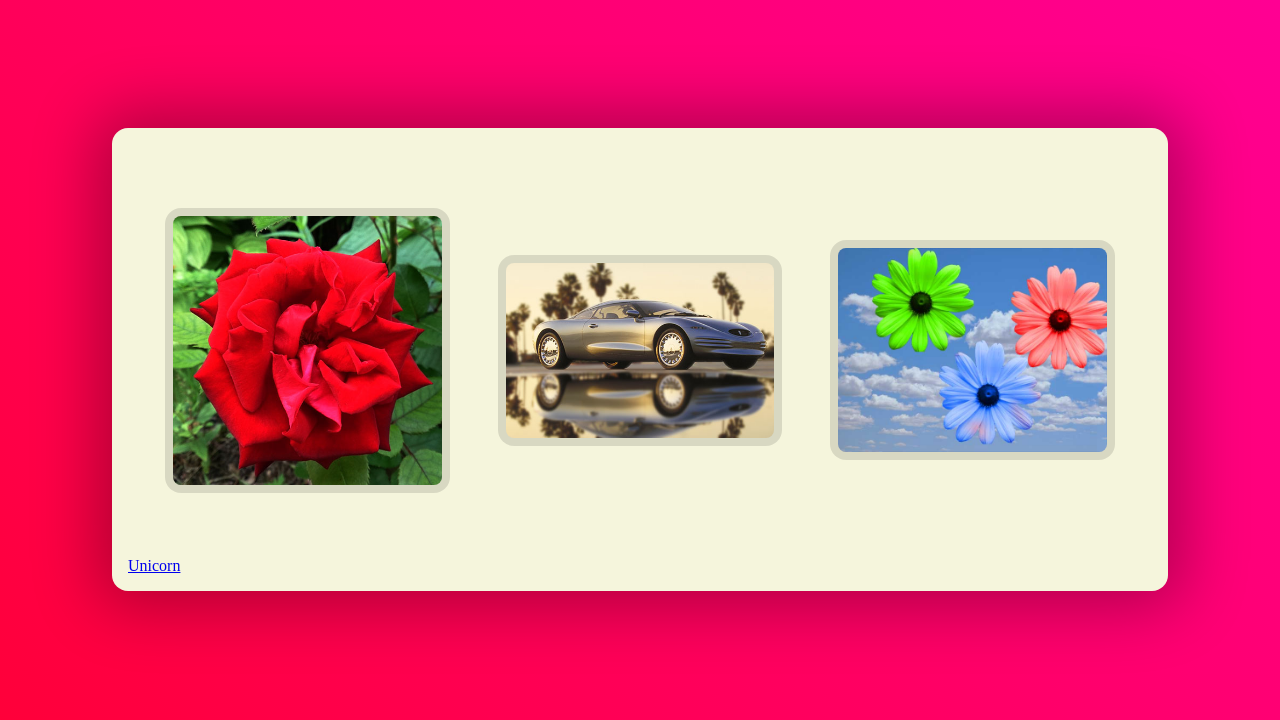
Repository: ViggoSkj/VGY
Page: ovningar/photoshopovning/photoshopovning.html
These files come from the project's save history. The page is drawn as it stood at one moment and after a run of saves; the edit follows.
The browser window is 1280 px wide. The pictures show the whole page.

Above is the page before, as saved 2022-11-27 12:19:42.

### ovningar/photoshopovning/photoshopovning.html
<!DOCTYPE html>
<html lang="en">
    <head>
        <meta charset="UTF-8">
        <meta http-equiv="X-UA-Compatible" content="IE=edge">
        <meta name="viewport" content="width=device-width, initial-scale=1.0">
        <title>Document</title>
        <link rel="stylesheet" href="public/css/style.css">
    </head>
    <body>
        <div class="container">
            <div class="images">
                <img src="public/images/ros_edited.jpg" alt="ros">
                <img src="public/images/bil_edited.jpg" alt="bil">
                <img src="public/images/sky_and_flower.jpg" alt="1 röd, 1, blå och 1 grönn blomma på en himmel">
            </div>

            <div id="myfooter">
                <a href="https://validator.w3.org/unicorn/check?ucn_uri=labb.vgy.se/~viggosg/ovningar/photoshopovningar.html&ucn_task=conformance">Unicorn</a>
             </div>
        </div>
    </body>
</html>

### ovningar/photoshopovning/public/css/style.css
body
{
    background-image: linear-gradient(45deg, rgb(255, 0, 0) 0%, rgb(255, 0, 221) 150%);
    background-size: 200% 100%;
    display: flex;
    height: 100%;
    margin: 0;
    background-repeat: no-repeat;
    background-attachment: fixed;
    animation: rotating 5s infinite alternate;
}

@keyframes rotating
{
    from {background-position-x: 00%;}
    to {background-position-x: 100%;}
}

.container
{
    background-color: beige;
    margin: auto;
    margin-top: 8em;
    align-items: center;
    width: 80%;
    border-radius: 1em;
    padding: 1em;
    box-shadow: 0em 0em 4em 1em rgba(0, 0, 0, 0.301);
}

img
{

    width: 30%;
    border-radius: 1em;
    padding: 0.5em;
    background-color: rgba(0, 0, 0, 0.116);
}

.images
{
    display: flex;
    justify-content: center;
    gap: 3em;
    align-items: center;
    padding: 2em;
    margin: 2em;
}

After the next 2 saves:
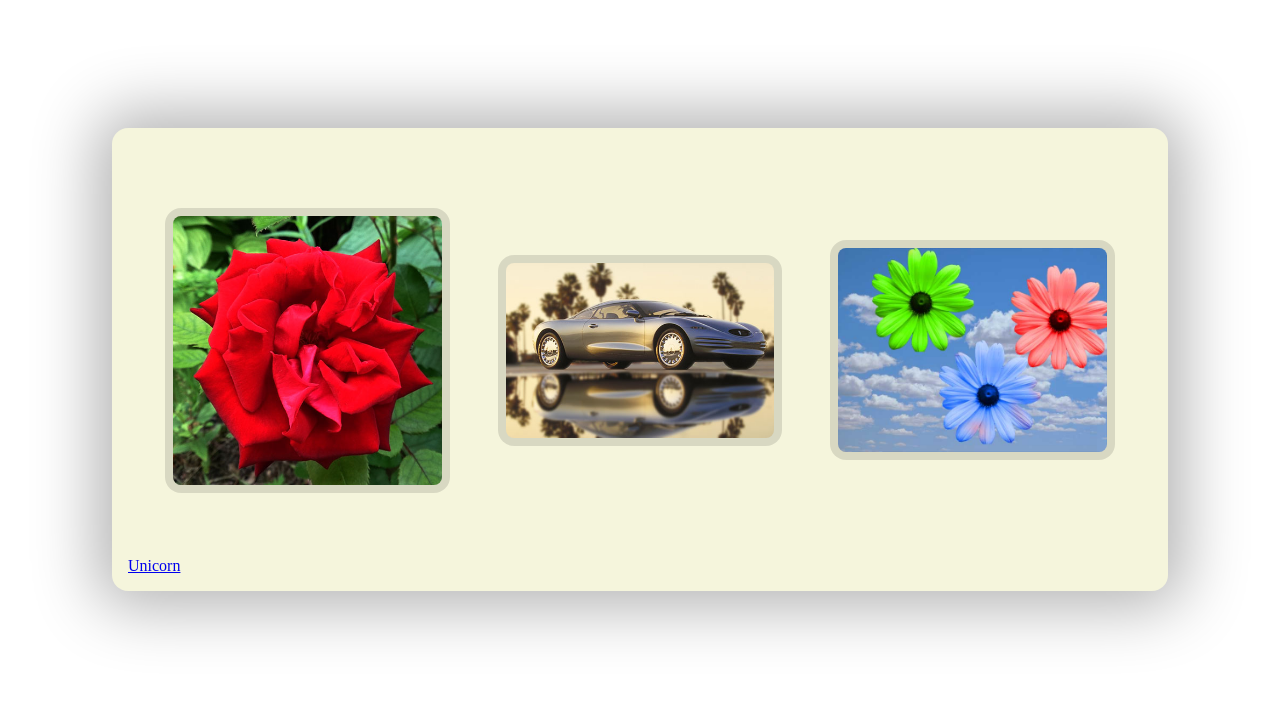
The 2 saves are shown as one change because they came seconds apart.
The last was saved 17 s later.
--- a/ovningar/photoshopovning/public/css/style.css
+++ b/ovningar/photoshopovning/public/css/style.css
@@ -3,7 +3,7 @@ body
     background-image: linear-gradient(45deg, rgb(255, 0, 0) 0%, rgb(255, 0, 221) 150%);
     background-size: 200% 100%;
     display: flex;
-    height: 100%;
+    height: 300%;
     margin: 0;
     background-repeat: no-repeat;
     background-attachment: fixed;
@@ -13,7 +13,7 @@ body
 @keyframes rotating
 {
     from {background-position-x: 00%;}
-    to {background-position-x: 100%;}
+    to {background-position-x: 200%;}
 }
 
 .container
